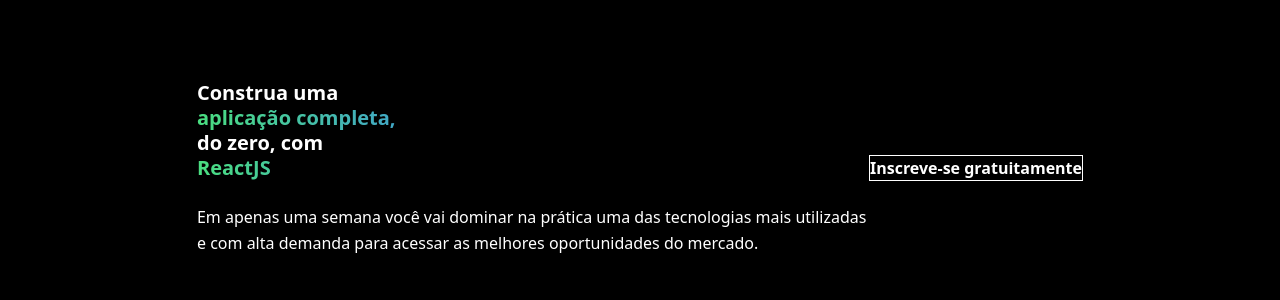
Repository: LuisSempre/Ignite-Lab---ReactJs-2022
Page: /
The author's editor kept a copy of each file at every save. The page is drawn from the files as they stood at one save, then again after the next save.
The browser window is 1280 px wide. The pictures show the whole page.
The project was rebuilt for these pictures with package versions that can differ from the ones it lists, and the page was loaded fresh each time. Also part of the build but not shown: vite.config.ts, components/Header.tsx, components/Lesson.tsx, components/Sidebar.tsx, pages/Event.tsx. Imported but missing from the stored project, and not drawn on this page: components/Video.

Above is the page before, as saved 2022-06-24 23:45:25.

After the next save:
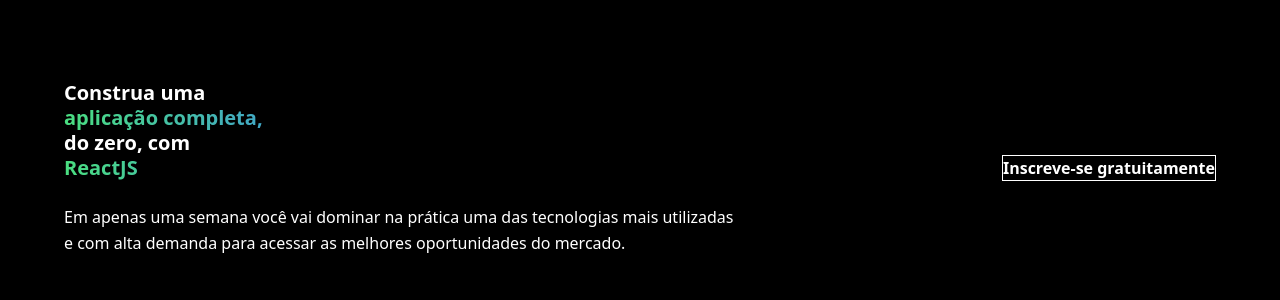
Saved 36 s later.
--- a/pages/Subscribe.tsx
+++ b/pages/Subscribe.tsx
@@ -2,7 +2,7 @@
 
     return (
         <div className='flex flex-col items-center min-h-screen'>
-            <div className="flex items-center justify-between max-w-6xl mx-auto mt-20">
+            <div className="flex items-center justify-between w-full max-w-6xl mx-auto mt-20">
                 <div className="max-w-2xl">
                     <h1 className="mb-6 text-xl font-extrabold leading-tight">
                         Construa uma&nbsp;
